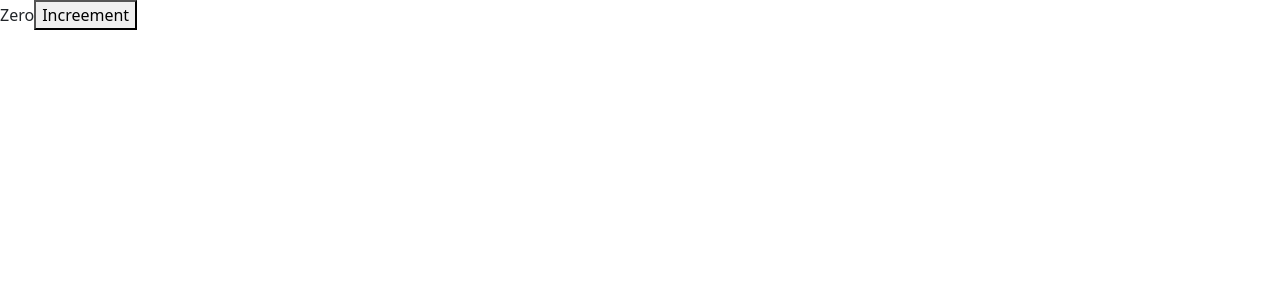
Repository: atulbihari94/counter-app
Page: / (app in counter-app/)
An editor plug-in stored every save of this project. The page is shown before and after the next save, followed by the edit.
The browser window is 1280 px wide. The pictures show the whole page.
The project was rebuilt for these pictures with package versions that can differ from the ones it lists, and the page was loaded fresh each time. Also part of the build but not shown: counter-app/src/App.css, counter-app/src/App.js.

Above is the page before, as saved 2019-09-26 01:00:55.

### counter-app/src/index.js
import React from 'react';
import ReactDOM from 'react-dom';
import './index.css';
import App from './App';
import * as serviceWorker from './serviceWorker';
//import registerServiceWorker from './registerServiceWorker'
import 'bootstrap/dist/css/bootstrap.css' ;
import Counter from './components/counter'

ReactDOM.render(<Counter />, document.getElementById('root'));

// If you want your app to work offline and load faster, you can change
// unregister() to register() below. Note this comes with some pitfalls.
// Learn more about service workers: https://bit.ly/CRA-PWA
serviceWorker.unregister();
// registerServiceWorker();

### counter-app/src/components/counter.jsx
import React, { Component } from "react";
class Counter extends Component {
  state = {
    count: 0
  };
  render() {
    return (
      <div>
        <span>{this.formatCount()}</span>
        <button>Increement</button>
      </div>
    );
  }
  formatCount() {
    const { count } = this.state;
    return count === 0 ? "Zero" : count;
  }
}

export default Counter;

Loaded but not shown: counter-app/public/index.html (common file); counter-app/src/index.css (common file); counter-app/src/serviceWorker.js (common file)

After the next save:
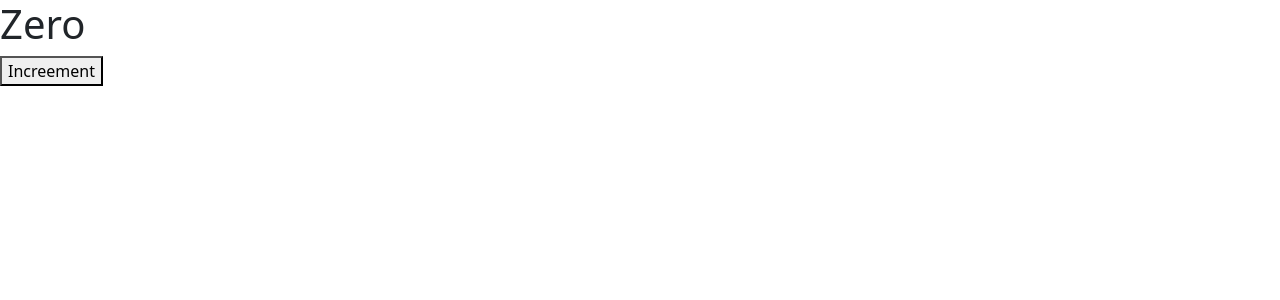
Saved 67 s later.
--- a/counter-app/src/components/counter.jsx
+++ b/counter-app/src/components/counter.jsx
@@ -13,7 +13,7 @@
   }
   formatCount() {
     const { count } = this.state;
-    return count === 0 ? "Zero" : count;
+    return count === 0 ? <h1>Zero</h1> : count;
   }
 }
 

After the save that followed:
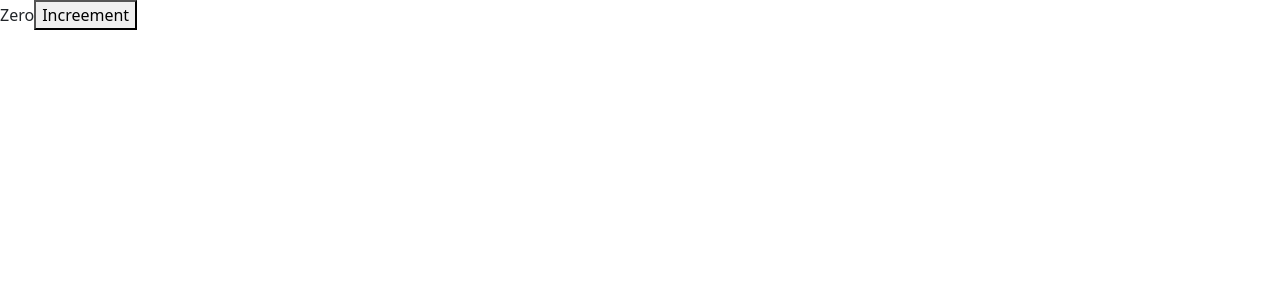
Saved 60 s later.
--- a/counter-app/src/components/counter.jsx
+++ b/counter-app/src/components/counter.jsx
@@ -13,7 +13,9 @@
   }
   formatCount() {
     const { count } = this.state;
-    return count === 0 ? <h1>Zero</h1> : count;
+    // return count === 0 ? <h1>Zero</h1> : count;
+    return count === 0 ? 'Zero' : count;
+
   }
 }
 
